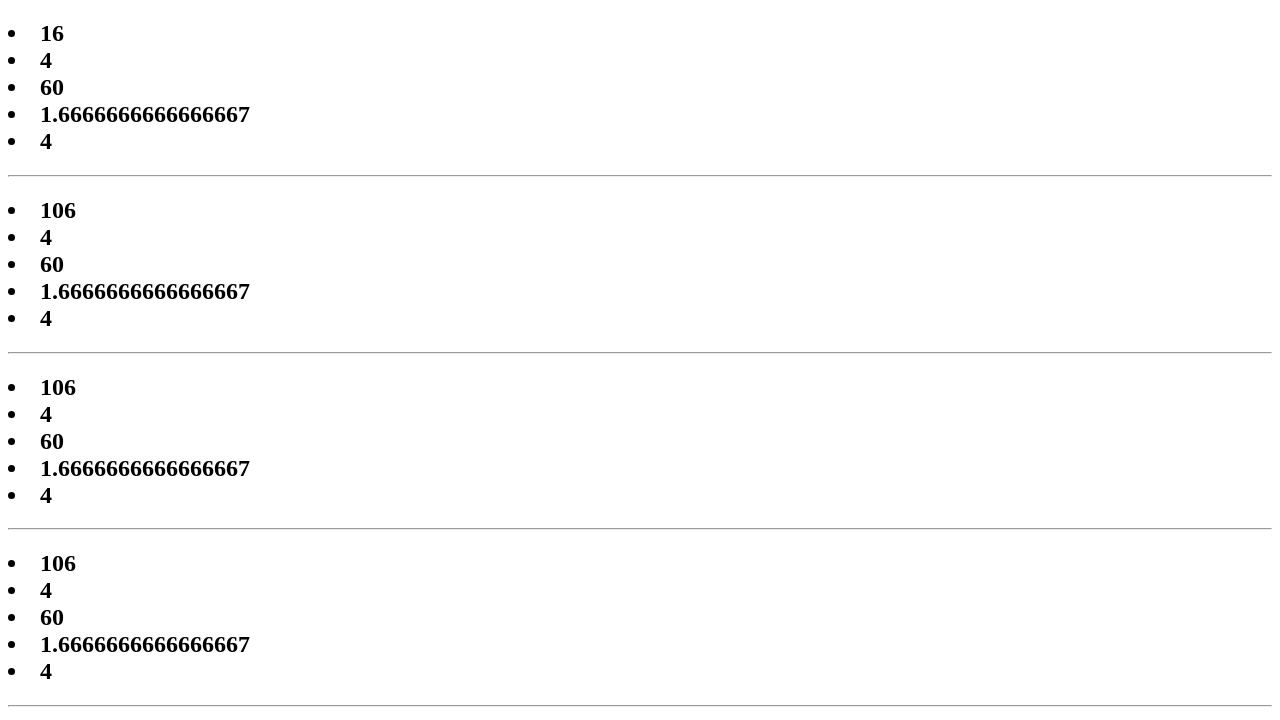
Repository: wjsjsn/23_webstudy
Page: 03_javascript/src/main/webapp/day03/Ex01_number.html
These files come from the project's save history. The page is drawn as it stood at one moment and after the next save; the edit follows.
The browser window is 1280 px wide. The pictures show the whole page.

Above is the page before, as saved 2023-06-29 01:15:26.

### 03_javascript/src/main/webapp/day03/Ex01_number.html
<!DOCTYPE html>
<html>
<head>
<meta charset="UTF-8">
<title>Number 클래스</title>
<script type="text/javascript">
	var s1 = 10;
	var s2 = 6;

	document.write("<h2>")
	document.write("<li>" + (s1 + s2) + "</li>")
	document.write("<li>" + (s1 - s2) + "</li>")
	document.write("<li>" + (s1 * s2) + "</li>")
	document.write("<li>" + (s1 / s2) + "</li>")
	document.write("<li>" + (s1 % s2) + "</li>")
	document.write("</h2>")
	document.write("<hr>")

	var s1 = "10";
	var s2 = "6";

	document.write("<h2>")
	document.write("<li>" + (s1 + s2) + "</li>")  // 계산 x, 문자 연결자
	document.write("<li>" + (s1 - s2) + "</li>")  // +를 제외한 다른 연산은 가능
	document.write("<li>" + (s1 * s2) + "</li>")
	document.write("<li>" + (s1 / s2) + "</li>")
	document.write("<li>" + (s1 % s2) + "</li>")
	document.write("</h2>")
	document.write("<hr>")

	var s1 = 10;
	var s2 = "6";

	document.write("<h2>")
	document.write("<li>" + (s1 + s2) + "</li>")  // 계산 x, 문자 연결자
	document.write("<li>" + (s1 - s2) + "</li>")  // +를 제외한 다른 연산은 가능
	document.write("<li>" + (s1 * s2) + "</li>")
	document.write("<li>" + (s1 / s2) + "</li>")
	document.write("<li>" + (s1 % s2) + "</li>")
	document.write("</h2>")
	document.write("<hr>")

	var s1 = "10";
	var s2 = 6;

	document.write("<h2>")
	document.write("<li>" + (s1 + s2) + "</li>")  // 계산 x, 문자 연결자
	document.write("<li>" + (s1 - s2) + "</li>")  // +를 제외한 다른 연산은 가능
	document.write("<li>" + (s1 * s2) + "</li>")
	document.write("<li>" + (s1 / s2) + "</li>")
	document.write("<li>" + (s1 % s2) + "</li>")
	document.write("</h2>")
	document.write("<hr>")

</script>
</head>
<body>
</body>
</html>

After the next save:
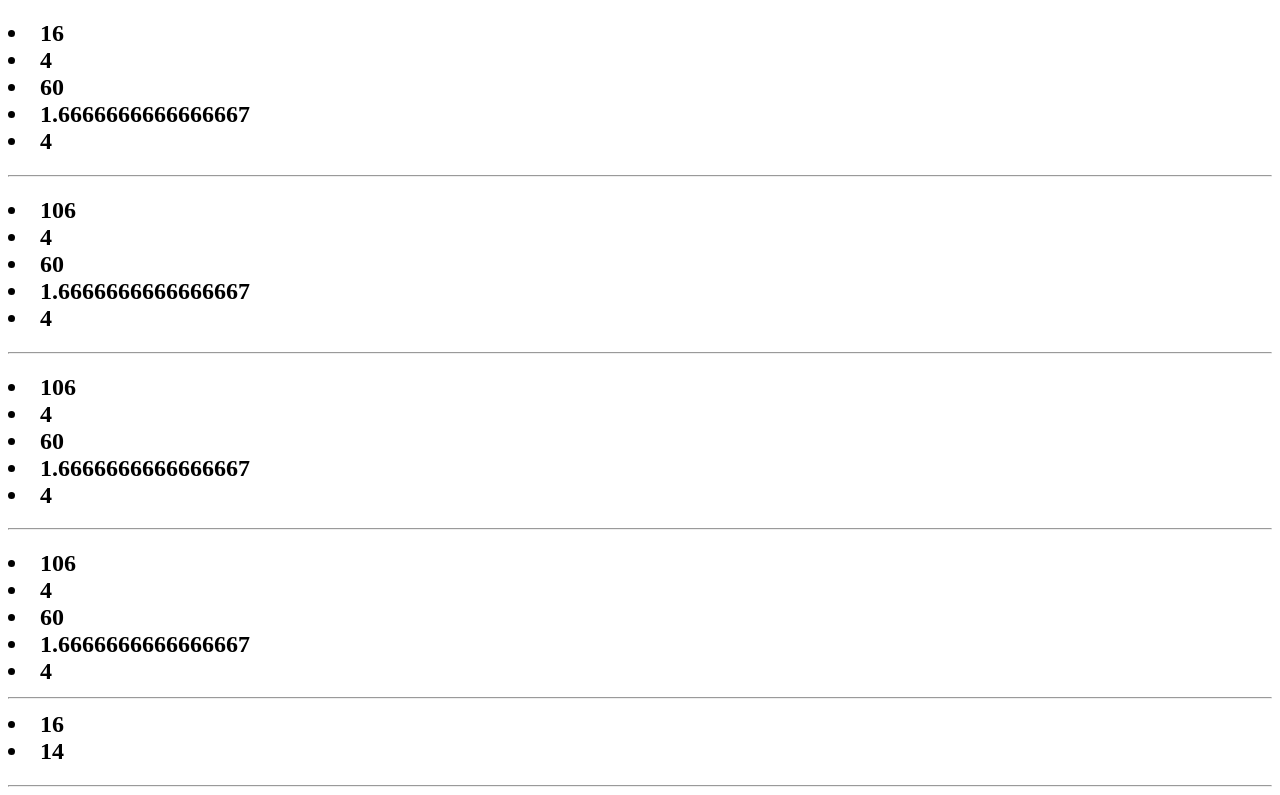
Saved 2 min 16 s later.
--- a/03_javascript/src/main/webapp/day03/Ex01_number.html
+++ b/03_javascript/src/main/webapp/day03/Ex01_number.html
@@ -49,6 +49,15 @@
 	document.write("<li>" + (s1 * s2) + "</li>")
 	document.write("<li>" + (s1 / s2) + "</li>")
 	document.write("<li>" + (s1 % s2) + "</li>")
+	document.write("<hr>")
+
+	// 숫자를 문자열로 변경 : toString()
+	s1 = 10;
+	s2 = 6;
+
+	document.write("<li>" + (s1 + s2) + "</li>")
+	document.write("<li>" + (s1.toString(s2)) + "</li>")
+
 	document.write("</h2>")
 	document.write("<hr>")
 
